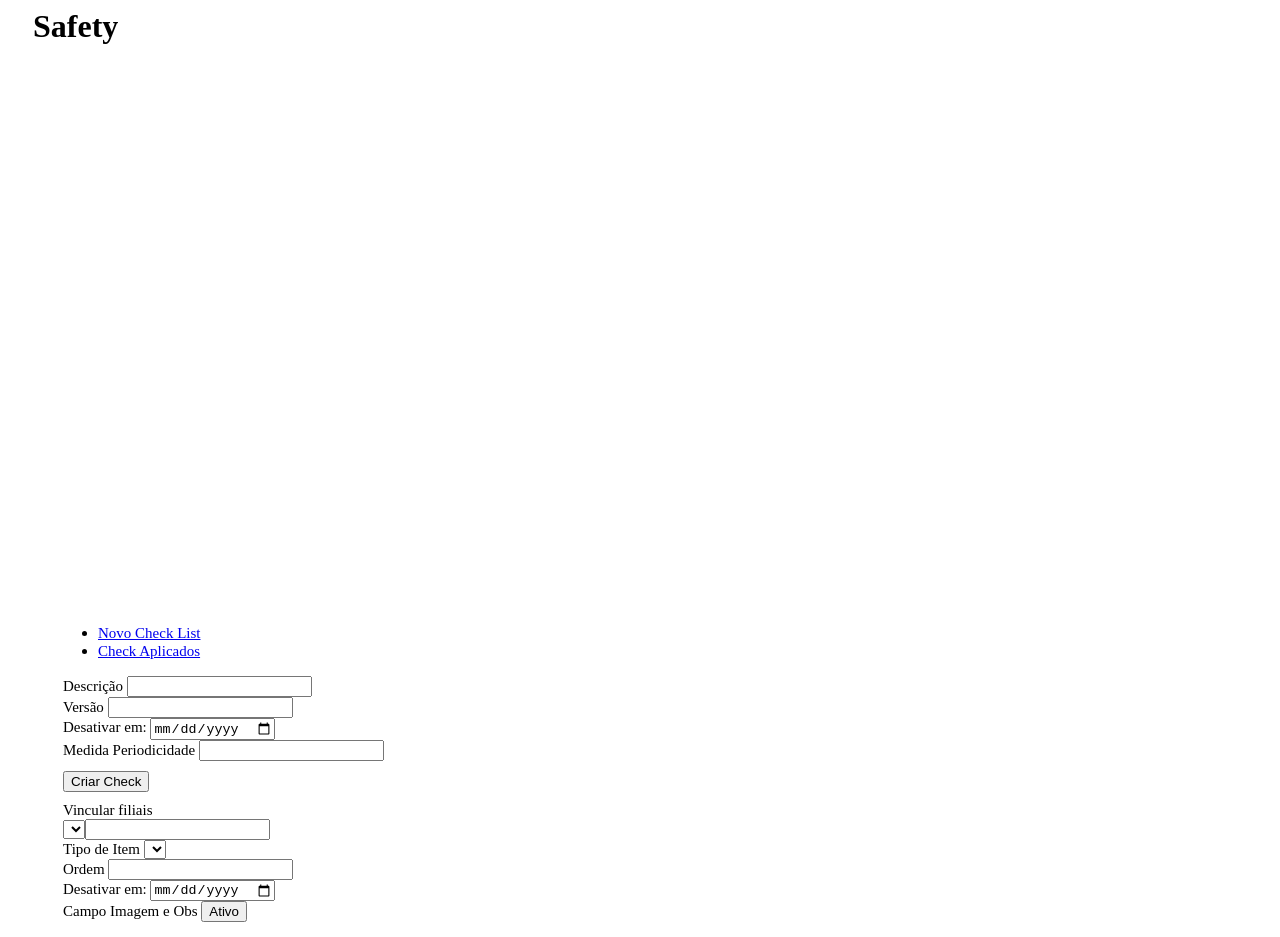
Repository: Conlog-SA/portal_operacional
Page: apps/safety_layout_checklist_app/templates/safety_layout_checklist_app/form_cad_layout_checklist.html
An editor plug-in stored every save of this project. The page is shown before and after the next save, followed by the edit.
The browser window is 1280 px wide. The pictures show the whole page.
The template is drawn by Django 3.2. The application's start-up code is not run. Other server files are loaded and not shown. The template is opened directly, without the code that normally fills it, so the values that code supplies are empty.

Above is the page before, as saved 2023-11-16 10:39:29.

### apps/safety_layout_checklist_app/templates/safety_layout_checklist_app/form_cad_layout_checklist.html
{% load static %}

{% block link_static_css %}
    <link rel="stylesheet" href="{% static 'css/cores.css' %}" />
    <link rel="stylesheet" href="{% static 'css/toggle_switch.css' %}" />
    <link rel="stylesheet" href="{% static 'css/loader.css' %}" />
    <link rel="stylesheet" href="{% static 'css/seguranca_safety_app/seguranca_safety.css' %}" />
    <script src="https://code.jquery.com/jquery-3.6.0.min.js"></script>
{% endblock %}

<div class="d-flex flex-column h-100 align-items-center justify-content-start text-white w-100" style="margin-right: 0px; width:100%;">
   <div class="mt-3 d-flex align-items-end justify-content-between div_Titulo" style="padding-bottom:15px; margin-left:25px;">
       <div class="d-flex align-items-center justify-content-center">
            <i class="fa-solid fa-truck-fast" style="font-size:50px; margin-left:0px; margin-right:15px; color:#cf6a15;"></i>
           <h1 class="titlePadraoMenu" style="margin-left:0px;">Safety</h1>
       </div>
       <img class="logo_cabecalho" src="{% static 'icons/logo-branca.png' %}" >
   </div>
   <div class="container-app col-md-12">
      <div class="form-group cl_div_tabela_principal_pagina" style="padding-top:0px;padding-left:0px;margin-left: 50px;margin-right: 25px; background-color:white" >
        <div class="header-table">
            <ul class="nav nav-tabs" id="myTab" role="tablist">
               <li class="nav-item">
                  <a class="nav-link active tabs-nav" id="a_tab_novo_check" data-toggle="tab"
                     href="#div_tab_new_check" role="tab"
                     aria-controls="div_tab_new_check"
                     aria-selected="false" style="border-radius:0px 0px 0 0; font-size:15px">
                     Novo Check List
                     <i class="fa-solid fa-filter" style="color: #f46424;"></i>
                  </a>
              </li>
              <li class="nav-item">
                  <a class="nav-link tabs-nav" id="a_tab_check_criados" data-toggle="tab"
                     href="#div_check_criados" role="tab"
                     aria-controls="div_check_criados"
                     aria-selected="false" style="border-radius:0px 0px 0 0; font-size:15px" >
                     Check Aplicados
                    <i class="fa-solid fa-pen-to-square" style="color: #f46424"></i>
                  </a>
              </li>
            </ul>
         </div>
         <div class="tab-content" style="border-radius:0 0 10px 10px; font-size:15px">
            <div class="tab-pane active" id="div_tab_new_check" role="tabpanel" aria-labelledby="div_tab_new_check" style="padding-left:5px;">
               <form id="form_new_check_list" name="form_nem_check_list">
                  <div class="row">
                     <div class="form-group col-sm-12">
                       <label for="descricao_new_check"> Descrição </label>
                       <input type="text" class="form-control" id="descricao_new_check">
                     </div>
                     <div class="form-group col-sm-4">
                       <label for="versao_new_check">Versão</label>
                       <input type="text" class="form-control" id="versao_new_check">
                     </div>
                     <div class="form-group col-sm-4">
                       <label for="desativar_new_check_date">Desativar em:</label>
                       <input type="date" class="form-control" id="desativar_new_check_date">
                     </div>
                     <div class="form-group col-sm-4">
                       <label for="periodicidade_new_check">Medida Periodicidade</label>
                       <input type="text" class="form-control" id="periodicidade_new_check">
                     </div>
                     <div class="form-group col-sm-12 d-flex justify-content-end" style="margin-top:10px">
                        <button type="button" class="btn btn-primary btn-form" id="btn_new_check" name="btn_new_check"> Criar Check</button>
                     </div>
                     <div class="form-group col-sm-12 d-flex justify-content-end" style="margin-top:10px">
                        <label for="vincular filiais">Vincular filiais</label>
                     </div>
                     <div class="form-group col-sm-12">
                        <select class="selectpicker form-control" id="liberado_filiais" name="liberado_filiais" placeholder="Liberado Filiais" required>
                     </div>
                     <div class="form-group col-sm-12 d-flex justify-content-end" style="margin-top:10px">
                        <label for="itens_check">Itens Check</label>
                     </div>
                  </div>
               </form>
            </div>
            <div class="tab-pane" id="div_check_criados" role="tabpanel" aria-labelledby="a_tab_check_criados">
               <form id="form_check_aplicados" name="form_check_aplicados" method="POST" style="margin-left:10px; margin-right:10px;">
                  <div class="row">
                     <div class="form-group col-sm-12">
                       <label for="descricao_item_check"> Descrição do Item</label>
                       <input type="text" class="form-control" id="descricao_item_check">
                     </div>
                     <div class="form-group col-sm-4">
                       <label for="select_tipo_item">Tipo de Item</label>
                       <select class="selectpicker form-control" id="select_tipo_item" name="select_tipo_item" placeholder="Tipo de Item" required>
                     </div>
                     <div class="form-group col-sm-4">
                        <label for="select_tipo_resposta">Tipo De Resposta</label>
                        <select class="selectpicker form-control" id="select_tipo_resposta" name="select_tipo_resposta" placeholder="Tipo de Resposta" required>
                      </div>
                      <div class="form-group col-sm-12">
                        <label for="input_ordem_check">Ordem</label>
                        <input type="text" class="form-control" id="input_ordem_check">
                      </div>
                      <div class="form-group col-sm-4">
                        <label for="desativar_item_date">Desativar em:</label>
                        <input type="date" class="form-control" id="desativar_item_date">
                      </div>
                      <div class="form-group col-sm-4">
                        <label for="input_ordem_check">Campo Imagem e Obs</label>
                        <button id="toggleBtn" onclick="toggleButton()">Ativo</button>
                      </div>
                  </div>
               </form>
            </div>
         </div>
      </div>
   </div>
</div>


<script src="{% static 'controllers/safety_layout_checklist_app/frm_cad_check_controller.js' %}"></script>
<script src="{% static 'libs/bootstrap_4/js/bootstrap.min.js' %}"></script>

### static/css/cores.css
:root{
    --cor_bg_login: rgba(24, 27, 30, 0.90);
    --cor_cinza_escuro: #515457;
    --cor_cinza_claro: #9fa3a7;
    --cor_cinza_claro2: #d0d0d0;
    --cor_branco: #e6e4e4;
    --cor_bg_solido: #181b1e;
    --cor_bg_solido_claro:#343537;
    --cor_bg_cinza_escuro: rgba(33,37,41,0.9) !important;
    --cor_bg_cinza_escuro_cabecalho: rgba(33,37,41,0.7) !important;
    --cor_bg_modais_body: #DCDCDC;

    --cor_empresa: #f46424;
    --cor_empresa_hover: #df5b23;
    --cor_empresa_active: #b24110;

    --bs-accordion-btn-focus-box-shadow_custom: 0 0 0 0.25rem rgba(244, 100, 36, 0.25);

    --bs-accordion-btn-active-icon_custom:url('');

    --cor_card_chamado_hover: #ccccce;
    --cor_card_chamado_active: #999999;
    --cor_chamado_emergencial: #b30f04;
    --cor_branco: #fff;
    /* --cor_branco_escuro: #969393; */
    --cor_card_a_atender: #e3f8f5;
    --cor_card_atendendo: #e1ffe4;;
    --cor_card_em_espera: #fdf9c6;
}

### static/css/toggle_switch.css
/* Remove this container when use*/
.component-title {
    width: 100%;
    position: absolute;
    z-index: 999;
    top: 30px;
    left: 0;
    padding: 0;
    margin: 0;
    font-size: 1rem;
    font-weight: 700;
    color: #888;
    text-align: center;
  }

  /* The switch - the box around the slider */
  .container {
    width: 77px;
    height: 31px;
    position: relative;
  }

  /* Hide default HTML checkbox */
  .checkbox {
    opacity: 0;
    width: 0;
    height: 0;
    position: absolute;
  }

  .switch {
    width: 100%;
    height: 100%;
    display: block;
    background-color: #e9e9eb;
    border-radius: 16px;
    cursor: pointer;
    transition: all 0.2s ease-out;
  }

  /* The slider */
  .slider {
    width: 27px;
    height: 27px;
    position: absolute;
    left: calc(50% - 27px/2 - 10px);
    top: calc(50% - 27px/2);
    border-radius: 50%;
    background: #FFFFFF;
    box-shadow: 0px 3px 8px rgba(0, 0, 0, 0.15), 0px 3px 1px rgba(0, 0, 0, 0.06);
    transition: all 0.2s ease-out;
    cursor: pointer;
  }

  .checkbox:checked + .switch {
    background-color: #f46424;
  }

  .checkbox:checked + .switch .slider {
    left: calc(50% - 27px/2 + 10px);
    top: calc(50% - 27px/2);
  }

  .cursor-pointer{
    cursor: pointer;
  }

### static/css/loader.css
.loader {
  /* display: flex; */
  margin-left: 1.5rem;
  align-items: center;
  /* width: 50px;
  height: 50px; */
  position: relative;
  display: none;
}

.loader:before {
  align-items: center;
  display: flex;
  content: "";
    position: absolute;
    top: -10px;
    left: -10px;
    right: -10px;
    bottom: -10px;
    border-radius: 50%;
    /* width: 50px;
    height: 50px; */
  }

  .loader-inner {
    display: flex;
    justify-content: center;
    align-items: center;
    position: relative;
  }

  .loader-block {
    display: inline-block;
    width: 10px;
    height: 10px;
    margin: 2px;
    background-color: #f46424;
    box-shadow: 0 0 20px #f46424;
    animation: loader_562 1.2s cubic-bezier(0.5, 0, 0.5, 1) infinite;
  }

  .loader-block:nth-child(1) {
    animation-delay: 0.1s;
  }

  .loader-block:nth-child(2) {
    animation-delay: 0.2s;
  }

  .loader-block:nth-child(3) {
    animation-delay: 0.3s;
  }

  .loader-block:nth-child(4) {
    animation-delay: 0.4s;
  }

  .loader-block:nth-child(5) {
    animation-delay: 0.5s;
  }

  .loader-block:nth-child(6) {
    animation-delay: 0.6s;
  }

  .loader-block:nth-child(7) {
    animation-delay: 0.7s;
  }

  .loader-block:nth-child(8) {
    animation-delay: 0.8s;
  }

  @keyframes loader_562 {
    0% {
      transform: scale(1);
      box-shadow: 0 0 20px rgba(255, 255, 255, 0.5);
    }

    20% {
      transform: scale(1, 2.5);
      box-shadow: 0 0 50px rgba(255, 255, 255, 0.7);
    }

    40% {
      transform: scale(1);
      box-shadow: 0 0 20px rgba(255, 255, 255, 0.5);
    }
  }

Loaded but not shown: static/libs/bootstrap_4/js/bootstrap.min.js (library); static/css/seguranca_safety_app/seguranca_safety.css (no copy from this time; the picture is the same without it); static/controllers/safety_layout_checklist_app/frm_cad_check_controller.js (no stored copy; drawn as an empty file)

After the next save:
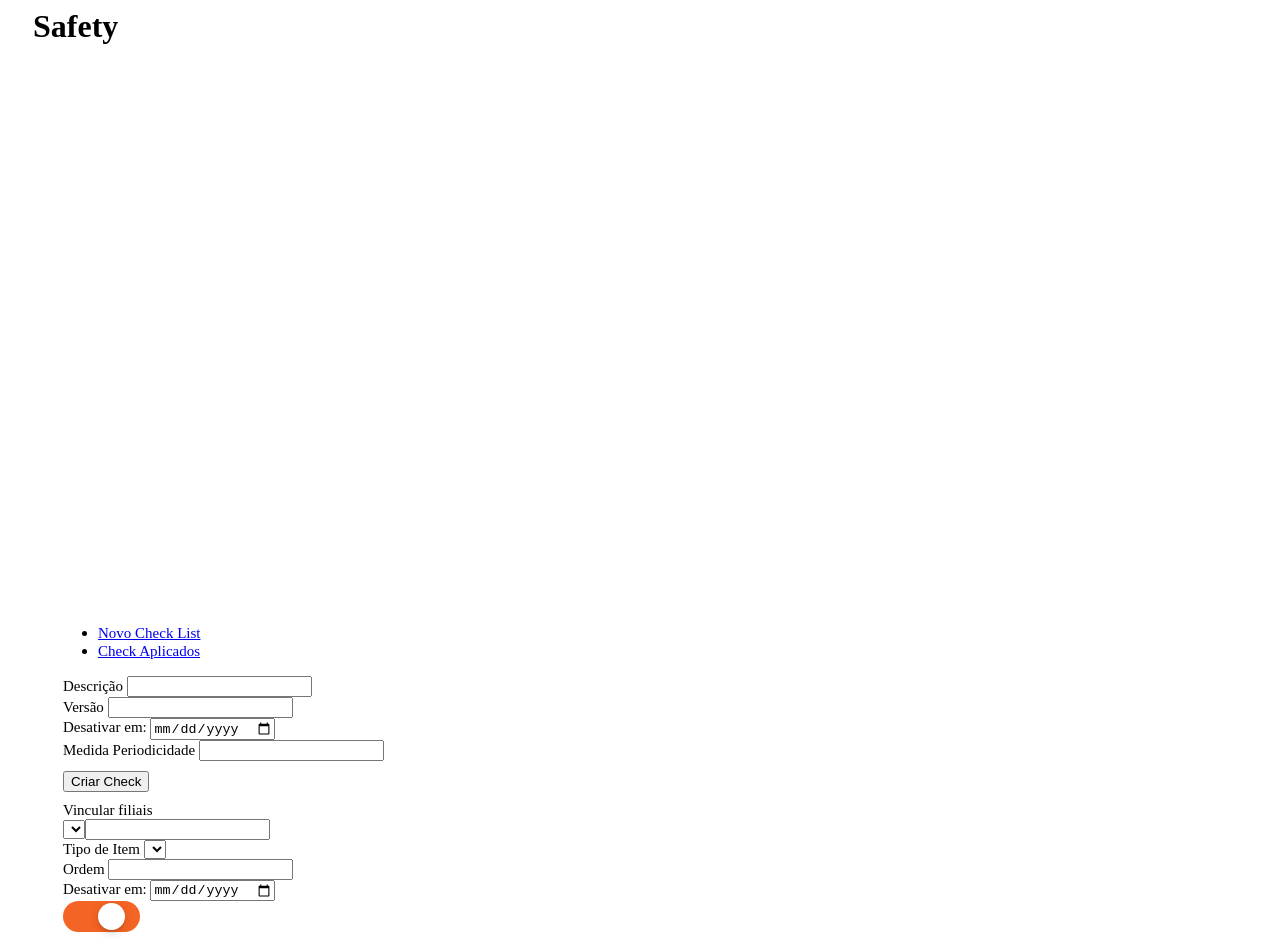
Saved 2 min 55 s later.
--- a/apps/safety_layout_checklist_app/templates/safety_layout_checklist_app/form_cad_layout_checklist.html
+++ b/apps/safety_layout_checklist_app/templates/safety_layout_checklist_app/form_cad_layout_checklist.html
@@ -98,9 +98,11 @@
                         <label for="desativar_item_date">Desativar em:</label>
                         <input type="date" class="form-control" id="desativar_item_date">
                       </div>
-                      <div class="form-group col-sm-4">
-                        <label for="input_ordem_check">Campo Imagem e Obs</label>
-                        <button id="toggleBtn" onclick="toggleButton()">Ativo</button>
+                      <div class="container">
+                        <input type="checkbox" checked="checked" class="checkbox" name="obs_imagem_check_box" id="obs_imagem_check_box">
+                        <label class="switch" for="obs_imagem_check_box">
+                           <span class="slider"></span>
+                        </label>
                       </div>
                   </div>
                </form>
